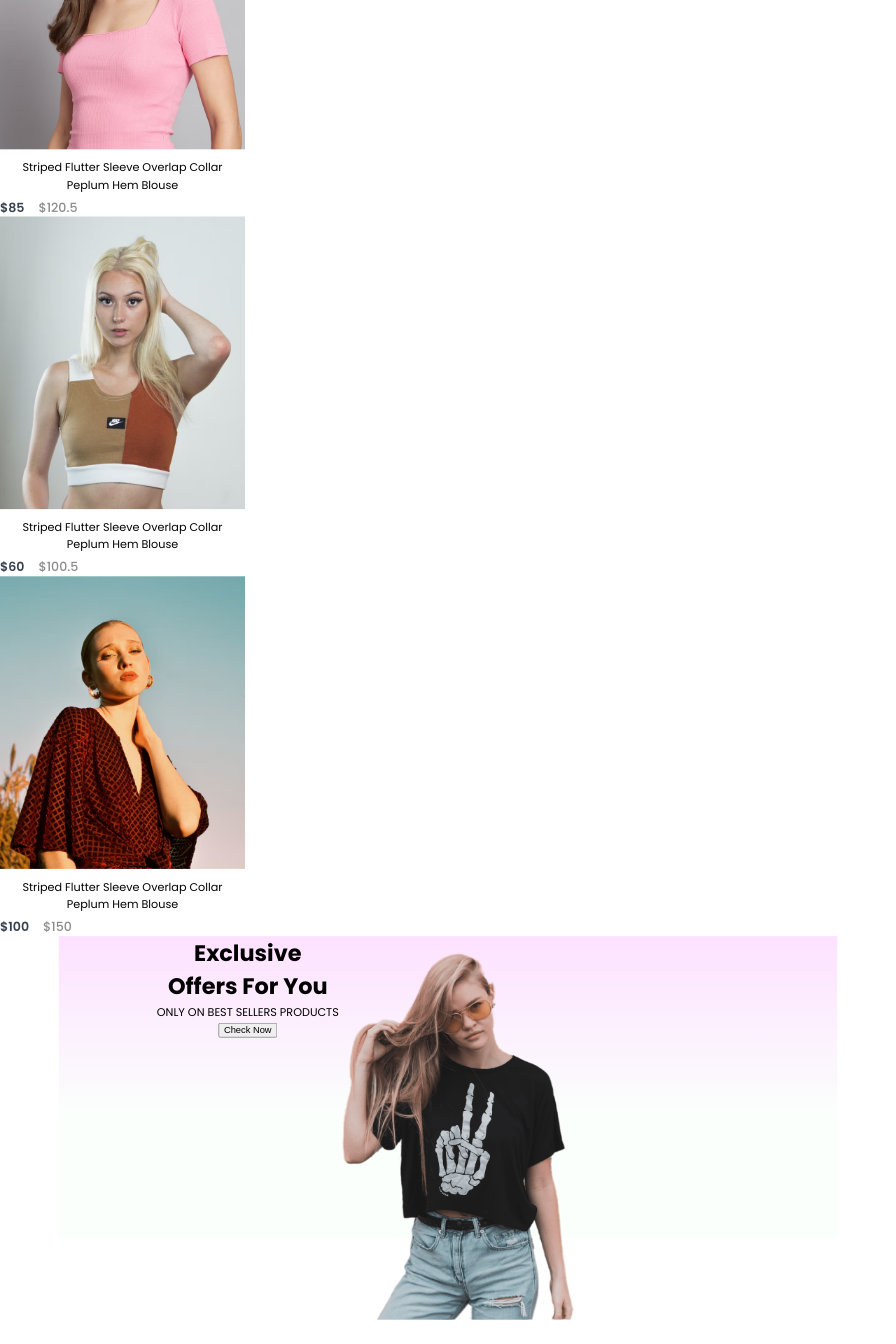
Repository: saritha55/EcommerceReactJs
Page: /
The author's editor kept a copy of each file at every save. The page is drawn from the files as they stood at one save, then again after the next save.
The browser window is 1280 px wide. The pictures show the part of the page from y = 1585 to 3505 px (the page is 3505 px tall), at 70% of full size.
The project was rebuilt for these pictures with package versions that can differ from the ones it lists, and the page was loaded fresh each time. Also part of the build but not shown: src/Components/Popular/Popular.css, src/Pages/ShopCategory.jsx, src/Pages/Product.jsx, src/Pages/Cart.jsx, src/Pages/LoginSignup.jsx.

Above is the page before, as saved 2024-12-02 16:09:16.

### public/index.html
<!DOCTYPE html>
<html lang="en">
  <head>
    <meta charset="utf-8" />
    <link rel="icon" href="%PUBLIC_URL%/favicon.ico" />
    <meta name="viewport" content="width=device-width, initial-scale=1" />
    <meta name="theme-color" content="#000000" />
    <meta
      name="description"
      content="Web site created using create-react-app"
    />
    <link rel="apple-touch-icon" href="%PUBLIC_URL%/logo192.png" />
    <!--
      manifest.json provides metadata used when your web app is installed on a
      user's mobile device or desktop. See https://developers.google.com/web/fundamentals/web-app-manifest/
    -->
    <link rel="manifest" href="%PUBLIC_URL%/manifest.json" />

    <link rel="preconnect" href="https://fonts.googleapis.com">
    <link rel="preconnect" href="https://fonts.gstatic.com" crossorigin>
    <link href="https://fonts.googleapis.com/css2?family=Poppins:ital,wght@0,100;0,200;0,300;0,400;0,500;0,600;0,700;0,800;0,900;1,100;1,200;1,300;1,400;1,500;1,600;1,700;1,800;1,900&display=swap" rel="stylesheet">
    <!--
      Notice the use of %PUBLIC_URL% in the tags above.
      It will be replaced with the URL of the `public` folder during the build.
      Only files inside the `public` folder can be referenced from the HTML.

      Unlike "/favicon.ico" or "favicon.ico", "%PUBLIC_URL%/favicon.ico" will
      work correctly both with client-side routing and a non-root public URL.
      Learn how to configure a non-root public URL by running `npm run build`.
    -->
    <title>E-commerce</title>
  </head>
  <body>
    <noscript>You need to enable JavaScript to run this app.</noscript>
    <div id="root"></div>
    <!--
      This HTML file is a template.
      If you open it directly in the browser, you will see an empty page.

      You can add webfonts, meta tags, or analytics to this file.
      The build step will place the bundled scripts into the <body> tag.

      To begin the development, run `npm start` or `yarn start`.
      To create a production bundle, use `npm run build` or `yarn build`.
    -->
  </body>
</html>

### src/App.js
import './App.css';
import Navbar from './Components/Navbar/Navbar';
import { BrowserRouter, Routes,Route } from 'react-router-dom';
import Shop from './Pages/Shop';
import ShopCategory
 from './Pages/ShopCategory';
import Product from './Pages/Product';
import Cart from './Pages/Cart';
import LoginSignup from './Pages/LoginSignup';

function App() {
  return (
    <div className="App">
      <BrowserRouter>
      <Navbar />
      <Routes>
        <Route path ='/' element={<Shop/>} />
        <Route path ='/mens' element={<ShopCategory category="men"/>} />
        <Route path ='/womens' element={<ShopCategory category="women"/>} />
        <Route path ='/kids' element={<ShopCategory category="kid"/>} />
        <Route path="product" element={<Product/>}>
            <Route path=':productId' element={<Product/>} />
        </Route>
        <Route path ='/cart' element={<Cart/>} />
        <Route path ='/login' element={<LoginSignup/>} />

      </Routes>
      </BrowserRouter>
    </div>
  );
}

export default App;

### src/Components/Navbar/Navbar.jsx
import React from 'react'
import { useState } from 'react'
import './Navbar.css'
import logo from '../Assets/logo.png'
import cart_icon from '../Assets/cart_icon.png'
import { Link } from 'react-router-dom'

const Navbar = () => {

    const [menu,setMenu] = useState("shop");

  return (
    <div className='navbar'>
      <div className="nav-logo">
        <img src={logo} alt="" />
        <p>SHOPPER</p>
      </div>
      <ul className="nav-menu">
        <li onClick={()=>{setMenu("shop")}} > <Link  style={{ textDecoration: 'none'}} to='/'>Shop</Link> {menu==="shop"?<hr/>:<></>} </li>
        <li onClick={()=>{setMenu("mens")}}><Link style={{ textDecoration: 'none'}} to='/mens'>Men </Link>{menu==="mens"?<hr/>:<></>}</li>
        <li onClick={()=>{setMenu("womens")}}><Link style={{ textDecoration: 'none'}} to='/womens'>Women </Link> {menu==="womens"?<hr/>:<></>}</li>
        <li onClick={()=>{setMenu("kids")}}> <Link style={{ textDecoration: 'none'}} to='/kids'>Kids</Link> {menu==="kids"?<hr/>:<></>}</li>
      </ul>
      <div className="nav-login-cart">
        <Link to='/login'><button>Login</button></Link>
        <Link to='/cart'><img src={cart_icon} alt="" /></Link>
        <div className="nav-cart-count">0</div>
      </div>
    </div>
  )
}

export default Navbar

### src/Pages/Shop.jsx
import React from 'react'
import Hero from '../Components/Hero/Hero'
import Popular from '../Components/Popular/Popular'
import Offers from '../Components/Offers/Offers'

const Shop = () => {
  return (
    <div>
      <Hero/>
      <Popular/>
      <Offers/>
    </div>
  )
}

export default Shop

### src/Components/Navbar/Navbar.css
.navbar{
    display: flex;
    justify-content: space-around;
    padding: 16px;
    box-shadow: 0 1px 3px -2px black;
}

.nav-logo{
    display: flex;
    align-items: center;
    gap: 10px;
}
.nav-logo p{
    color: #171717;
    font-size: 38px;
    font-weight: 600;
}
.nav-menu{
    display: flex;
    align-items: center;
    list-style: none;
    gap: 50px;
    color: #626262;
    font-size: 20px;
    font-weight: 500;
}
.nav-menu li{
    display: flex;
    flex-direction: column;
    align-items: center;
    gap: 3px;
    cursor: pointer;
}
.nav-menu hr{
    border: none;
    width: 80%;
    height: 3px;
    border-radius: 10px;
    background: #ff4141;
}
.nav-login-cart{
    display: flex;
    align-items: center;
    gap: 45px;
}
.nav-login-cart button{
    width: 157px;
    height: 58px;
    outline: none;
    border: 1px solid #7a7a7a;
    border-radius: 75px;
    color: #515151;
    font-size: 20px;
    font-weight: 500;
    background: white;
    cursor: pointer;

}
.nav-login-cart button:active{
    background: #f3f3f3;
}
.nav-cart-count{
    width: 22px;
    height: 22px;
    display: flex;
    justify-content: center;
    align-items: center;
    margin-top: -35px;
    margin-left: -55px;
    border-radius: 11px;
    font-size: 14px;
    background: red;
    color: white;
}

### src/Components/Hero/Hero.jsx
import React from 'react'
import './Hero.css'
import hand_icon from '../Assets/hand_icon.png'
import arrow_icon from '../Assets/arrow.png'
import hero_image from '../Assets/hero_image.png'

const Hero = () => {
  return (
    <div className='hero'>
      <div className="hero-left">
        <h2>New ARRIVALS ONLY</h2>
        <div>
            <div className="hero-hand-icon">
                <p>new</p>
                <img src={hand_icon} alt="" />
            </div>
            <p>Collections</p>
            <p>for everyone</p>
        </div>
        <div className="hero-latest-btn">
            <div>Latest Collection</div>
            <img src={arrow_icon} alt="" />
        </div>
      </div>
      <div className="hero-right">
        <img src={hero_image} alt="" />

      </div>
    </div>
  )
}

export default Hero

### src/Components/Popular/Popular.jsx
import React from 'react'
import './Popular.css'
import data_product from '../Assets/data'
import Item from '../Item/Item'


const Popular = () => {
  return (
    <div className='popular'>
      <h1>POPULAR IN WOMEN</h1>
      <hr />
      <div className="popular-item">
        {data_product.map((item,i)=>{
            return <Item key={i} id={item.id} name={item.name} image={item.image} new_price={item.new_price} old_price={item.old_price} />
        })}
      </div>
    </div>
  )
}

export default Popular

### src/Components/Offers/Offers.jsx
import React from 'react'
import './Offers.css'
import exclusive_image from '../Assets/exclusive_image.png'

const Offers = () => {
  return (
    <div className='offers'>
      <div className="offers-left">
        <h1>Exclusive</h1>
        <h1>Offers For You</h1>
        <p>ONLY ON BEST SELLERS PRODUCTS</p>
        <button>Check Now</button>
      </div>
      <div className="offers-right">
            <img src={exclusive_image} alt="" />
      </div>
    </div>
  )
}

export default Offers

### src/Components/Hero/Hero.css
.hero{
    height: 100vh;
    background: linear-gradient(180deg, #fde1ff, #e1ffea22 60%);
    display: flex;

}
.hero-left{
    flex: 1;
    display: flex;
    flex-direction: column;
    justify-content: center;
    gap: 20px;
    padding-left: 180px;
    line-height: 1.1;

}
.hero-left h2{
    color: #090909;
    font-size: 26px;
    font-weight: 600;
}
.hero-left p{
    color: #171717;
    font-size: 45px;
    font-weight: 700;
}
.hero-hand-icon{
   display: flex;
   align-items: center;
   gap: 20px;
}
.hero-hand-icon img{
    width: 105px;
}
.hero-latest-btn{
    display: flex;
    justify-content: center;
    align-items: center;
    gap: 15px;
    width: 310px;
    height: 70px;
    border-radius: 75px;
    margin-top: 30px;
    background: #ff4141;
    color: white;
    font-size: 22px;
    font-weight: 500;

}
.hero-right{
    flex: 1;
    display: flex;
    align-items: center;
    justify-content: center;
}
.hero-right img{
    width: 80%;

}

### src/Components/Assets/data.js
import p1_img from './product_1.png'
import p2_img from './product_2.png'
import p3_img from './product_3.png'
import p4_img from './product_4.png'

let data_product = [
  {
    id:1,
    name:"Striped Flutter Sleeve Overlap Collar Peplum Hem Blouse",
    image:p1_img,
    new_price:50.00,
    old_price:80.50,
  },
  {id:2,
    name:"Striped Flutter Sleeve Overlap Collar Peplum Hem Blouse",
    image:p2_img,
    new_price:85.00,
    old_price:120.50,
  },
  {id:3,
    name:"Striped Flutter Sleeve Overlap Collar Peplum Hem Blouse",
    image:p3_img,
    new_price:60.00,
    old_price:100.50,
  },
  {id:4,
    name:"Striped Flutter Sleeve Overlap Collar Peplum Hem Blouse",
    image:p4_img,
    new_price:100.00,
    old_price:150.00,
  },
];

export default data_product;

### src/Components/Item/Item.jsx
import React from 'react'
import './Item.css'

const Item = (props) => {
  return (
    <div className='item'>
        <img src={props.image} alt="" />
        <p>{props.name}</p>
        <div className="item-prices">
            <div className="item-price-new">
                ${props.new_price}
            </div>
            <div className="item-price-old">
                ${props.old_price}
            </div>

        </div>

    </div>
  )
}

export default Item

### src/Components/Offers/Offers.css
.offers{
    width: 65%;
    height: 60vh;
    display: flex;
    margin: auto;
    padding: 0px 140px;
    margin-bottom: 150px;
    background: linear-gradient(180deg, #fde1ff 0%,#e1ffea22 60%);

}

### src/Components/Item/Item.css
.item{
    width: 350px;
}

.item p{
    margin: 6px 0px;

}

.item-prices{
    display: flex;
    gap: 20px;
}
.item-price-new{
    color: #374151;
    font-size: 18px;
    font-weight: 600;
}
.item-price-old{
    color: #8c8c8c;
    font-size: 18px;
    font-weight: 500;
}

Loaded but not shown: src/index.js (common file); src/index.css (common file); src/reportWebVitals.js (common file); src/App.css (common file)

After the next save:
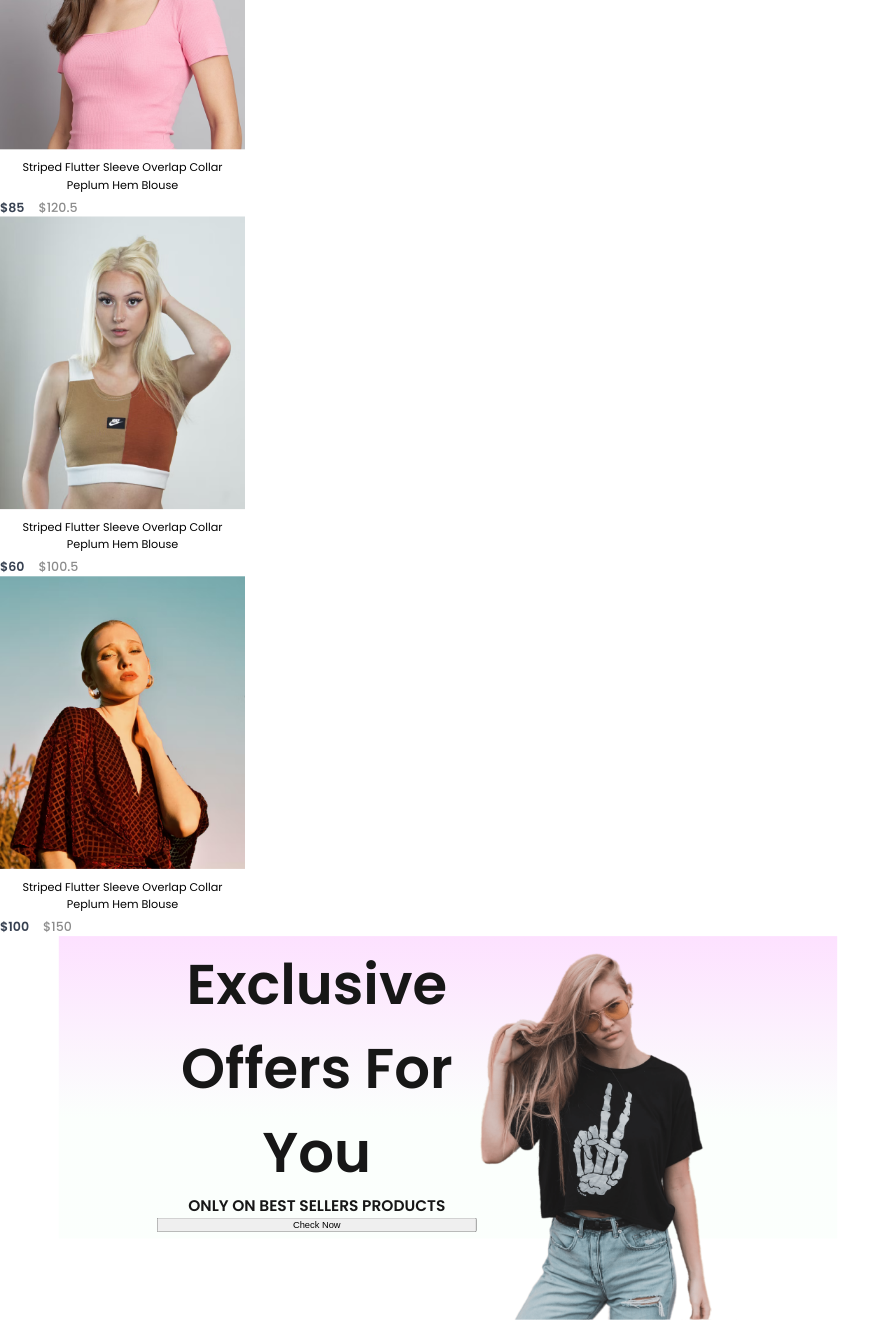
Saved 2 min 51 s later.
--- a/src/Components/Offers/Offers.css
+++ b/src/Components/Offers/Offers.css
@@ -8,3 +8,22 @@
     background: linear-gradient(180deg, #fde1ff 0%,#e1ffea22 60%);
 
 }
+.offers-left{
+    flex: 1;
+    display: flex;
+    flex-direction: column;
+    justify-content: center;
+}
+.offers-left h1{
+    color: #171717;
+    font-size: 80px;
+    font-weight: 600;
+}
+.offers-left p{
+    color: #171717;
+    font-size: 22px;
+    font-weight: 600;
+}
+.offers-right{
+    color: #;
+}
